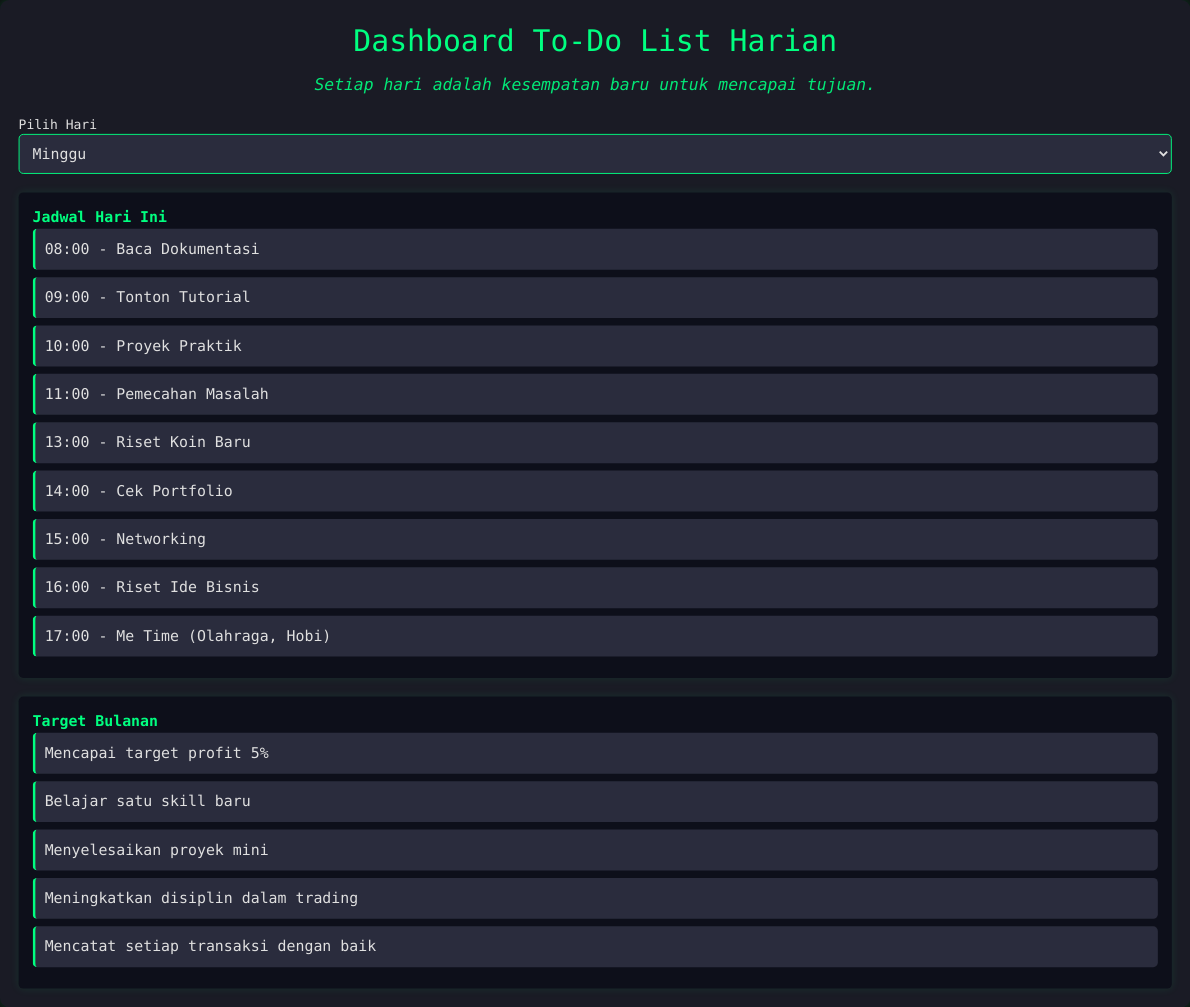
Repository: ALEX-RPL/To-Do-List
Page: index.html
The author's editor kept a copy of each file at every save. The page is drawn from the files as they stood at one save, then again after the next save.
The browser window is 1280 px wide. The pictures show the whole page, at 93% of full size.
Some web libraries are served in a nearby version.

Above is the page before, as saved 2024-11-04 18:09:27.

### index.html
<!DOCTYPE html>
<html lang="id">
<head>
    <meta charset="UTF-8">
    <meta name="viewport" content="width=device-width, initial-scale=1.0">
    <title>Dashboard To-Do List Harian</title>
    <script src="https://cdn.tailwindcss.com"></script>
    <style>
        body {
            background-color: #0e0e10;
            color: #e0e0e0;
            font-family: Consolas, "Courier New", monospace;
        }
        .container {
            max-width: 800px;
            margin: auto;
            padding: 20px;
            background: #1a1b25;
            border-radius: 10px;
            box-shadow: 0px 0px 10px rgba(0, 255, 128, 0.2);
        }
        .title {
            font-size: 2rem;
            color: #00ff80;
            text-align: center;
            margin-bottom: 10px;
        }
        .subtitle {
            font-size: 1.1rem;
            color: #00ff80;
            text-align: center;
            margin-bottom: 20px;
            font-style: italic;
            opacity: 0.9;
        }
        .day-select {
            background-color: #2a2c3d;
            color: #e0e0e0;
            padding: 10px;
            border: 1px solid #00ff80;
            border-radius: 5px;
            width: 100%;
        }
        ul {
            list-style-type: none;
            padding: 0;
        }
        li {
            padding: 10px;
            background: #2a2c3d;
            margin-bottom: 8px;
            border-radius: 5px;
            border-left: 3px solid #00ff80;
            cursor: pointer;
            transition: background 0.3s;
        }
        li:hover {
            background: #3a3c4d;
        }
        li.completed {
            text-decoration: line-through;
            color: #777;
        }
        .highlight {
            color: #00ff80;
            font-weight: bold;
        }
        .card {
            background: #0d0f1a;
            padding: 15px;
            border-radius: 5px;
            margin-top: 20px;
            box-shadow: 0px 0px 10px rgba(0, 255, 128, 0.1);
        }
    </style>
</head>
<body>

<div class="container">
    <h1 class="title">Dashboard To-Do List Harian</h1>
    <p id="motivation-text" class="subtitle"></p>

    <div class="mb-4">
        <label for="day-select" class="block text-sm font-medium">Pilih Hari</label>
        <select id="day-select" class="day-select">
            <option value="Sunday">Minggu</option>
            <option value="Monday">Senin</option>
            <option value="Tuesday">Selasa</option>
            <option value="Wednesday">Rabu</option>
            <option value="Thursday">Kamis</option>
            <option value="Friday">Jumat</option>
            <option value="Saturday">Sabtu</option>
        </select>
    </div>

    <div class="card">
        <h2 class="highlight">Jadwal Hari Ini</h2>
        <ul id="schedule-list"></ul>
    </div>

    <div class="card">
        <h2 class="highlight">Target Bulanan</h2>
        <ul id="goals-list"></ul>
    </div>
</div>

<script>
    const jadwal = {
        "Monday": {
            "04:30": "Bangun & Sholat Subuh",
            "04:45": "Analisis market & crypto",
            "05:15": "Persiapan mental hari ini",
            "05:30": "Mandi & Sarapan",
            "06:30": "Mulai sekolah",
            "15:00": "Istirahat & Sholat Ashar",
            "15:30": "Belajar Blockchain dasar",
            "16:15": "Latihan trading (demo account)",
            "17:00": "Me Time (Olahraga, Hobi)",
            "18:00": "Coding Smart Contract",
            "18:30": "Analisis Pasar",
            "19:00": "Kerjakan PR",
            "19:30": "Sholat & Makan Malam",
            "20:00": "Review & update jurnal trading",
            "21:00": "Istirahat"
        },
        "Tuesday": {
            "04:30": "Bangun & Sholat Subuh",
            "04:45": "Analisis Teknikal",
            "05:15": "Persiapan Mental",
            "05:30": "Mandi & Sarapan",
            "06:30": "Mulai sekolah",
            "15:00": "Istirahat & Sholat Ashar",
            "15:30": "Belajar Python Dasar",
            "16:15": "Belajar Konsep AI",
            "17:00": "Me Time (Olahraga, Hobi)",
            "18:00": "Belajar Machine Learning Dasar",
            "18:30": "Membuat Trading Bot",
            "19:00": "Kerjakan PR",
            "19:30": "Sholat & Makan Malam",
            "20:00": "Review & Rencanakan besok",
            "21:00": "Istirahat"
        },
        "Wednesday": {
            "04:30": "Bangun & Sholat Subuh",
            "04:45": "Analisis Fundamental",
            "05:15": "Cek Pasar",
            "05:30": "Mandi & Sarapan",
            "06:30": "Mulai sekolah",
            "15:00": "Istirahat & Sholat Ashar",
            "15:30": "Cyber Security Basic",
            "16:15": "Network Security",
            "17:00": "Me Time (Olahraga, Hobi)",
            "18:00": "Ethical Hacking",
            "18:30": "Review Trading",
            "19:00": "Kerjakan PR",
            "19:30": "Sholat & Makan Malam",
            "20:00": "Review & Update jurnal",
            "21:00": "Istirahat"
        },
        "Thursday": {
            "04:30": "Bangun & Sholat Subuh",
            "04:45": "Analisis Chart",
            "05:15": "Review Portfolio",
            "05:30": "Mandi & Sarapan",
            "06:30": "Mulai sekolah",
            "15:00": "Istirahat & Sholat Ashar",
            "15:30": "Belajar Trading Patterns",
            "16:15": "Belajar Risk Management",
            "17:00": "Me Time (Olahraga, Hobi)",
            "18:00": "Belajar Trading Strategy",
            "18:30": "Psikologi Pasar",
            "19:00": "Kerjakan PR",
            "19:30": "Sholat & Makan Malam",
            "20:00": "Review & Update jurnal",
            "21:00": "Istirahat"
        },
        "Friday": {
            "04:30": "Bangun & Sholat Subuh",
            "04:45": "Review Mingguan",
            "05:15": "Tetapkan Tujuan",
            "05:30": "Mandi & Sarapan",
            "06:30": "Mulai sekolah",
            "15:00": "Istirahat & Sholat Ashar",
            "15:30": "Integrasi Proyek",
            "16:15": "Review Kode",
            "17:00": "Me Time (Olahraga, Hobi)",
            "18:00": "Jurnal Trading",
            "18:30": "Analisis Kinerja",
            "19:00": "Kerjakan PR",
            "19:30": "Sholat & Makan Malam",
            "20:00": "Review & Rencanakan besok",
            "21:00": "Istirahat"
        },
        "Saturday": {
            "08:00": "Deep Learning AI",
            "09:00": "Latihan Trading",
            "10:00": "Coding Proyek",
            "11:00": "Testing & Debug",
            "13:00": "Studi Teknologi Baru",
            "14:00": "Riset Pasar",
            "15:00": "Evaluasi Mingguan",
            "16:00": "Persiapan Minggu Depan",
            "17:00": "Me Time (Olahraga, Hobi)"
        },
        "Sunday": {
            "08:00": "Baca Dokumentasi",
            "09:00": "Tonton Tutorial",
            "10:00": "Proyek Praktik",
            "11:00": "Pemecahan Masalah",
            "13:00": "Riset Koin Baru",
            "14:00": "Cek Portfolio",
            "15:00": "Networking",
            "16:00": "Riset Ide Bisnis",
            "17:00": "Me Time (Olahraga, Hobi)"
        }
    };

    const targetMingguan = [
        "Mencapai target profit 5%",
        "Belajar satu skill baru",
        "Menyelesaikan proyek mini",
        "Meningkatkan disiplin dalam trading",
        "Mencatat setiap transaksi dengan baik"
    ];

    const motivasi = [
    "Kesuksesan adalah hasil dari usaha yang tidak pernah berhenti.",
    "Setiap hari adalah kesempatan baru untuk mencapai tujuan.",
    "Jangan takut gagal, takutlah jika tidak mencoba.",
    "Konsistensi adalah kunci untuk meraih impian.",
    "Belajar dari kesalahan adalah langkah menuju kesuksesan.",
    "Percayalah pada dirimu sendiri, karena tidak ada yang lebih kuat dari keyakinan.",
    "Setiap langkah kecil membawa kita lebih dekat ke tujuan.",
    "Ketika satu pintu tertutup, pintu lain akan terbuka.",
    "Hasil yang baik datang dari kerja keras dan ketekunan.",
    "Sukses tidak ditentukan oleh seberapa cepat kita melangkah, tetapi oleh seberapa konsisten kita berusaha.",
    "Bermimpilah setinggi langit, jika jatuh, kamu akan jatuh di antara bintang-bintang.",
    "Jangan pernah menyerah pada impianmu, teruslah berjuang meskipun jalan terasa sulit.",
    "Proses adalah bagian penting dari perjalanan menuju kesuksesan.",
    "Setiap kegagalan adalah pelajaran berharga untuk mencapai keberhasilan.",
    "Pikiran positif akan membawamu ke arah yang lebih baik.",
    "Kesempatan tidak datang dua kali, ambil peluangmu sekarang."
];


    function loadSchedule() {
        const day = document.getElementById("day-select").value;
        const scheduleList = document.getElementById("schedule-list");
        const goalsList = document.getElementById("goals-list");
        const motivationText = document.getElementById("motivation-text");

        scheduleList.innerHTML = "";
        for (const time in jadwal[day]) {
            const li = document.createElement("li");
            li.textContent = `${time} - ${jadwal[day][time]}`;
            li.addEventListener("click", () => {
                li.classList.toggle("completed");
            });
            scheduleList.appendChild(li);
        }

        goalsList.innerHTML = "";
        targetMingguan.forEach(goal => {
            const li = document.createElement("li");
            li.textContent = goal;
            goalsList.appendChild(li);
        });

        motivationText.textContent = motivasi[Math.floor(Math.random() * motivasi.length)];
    }

    document.getElementById("day-select").addEventListener("change", loadSchedule);
    loadSchedule();
</script>
</body>
</html>

After the next save:
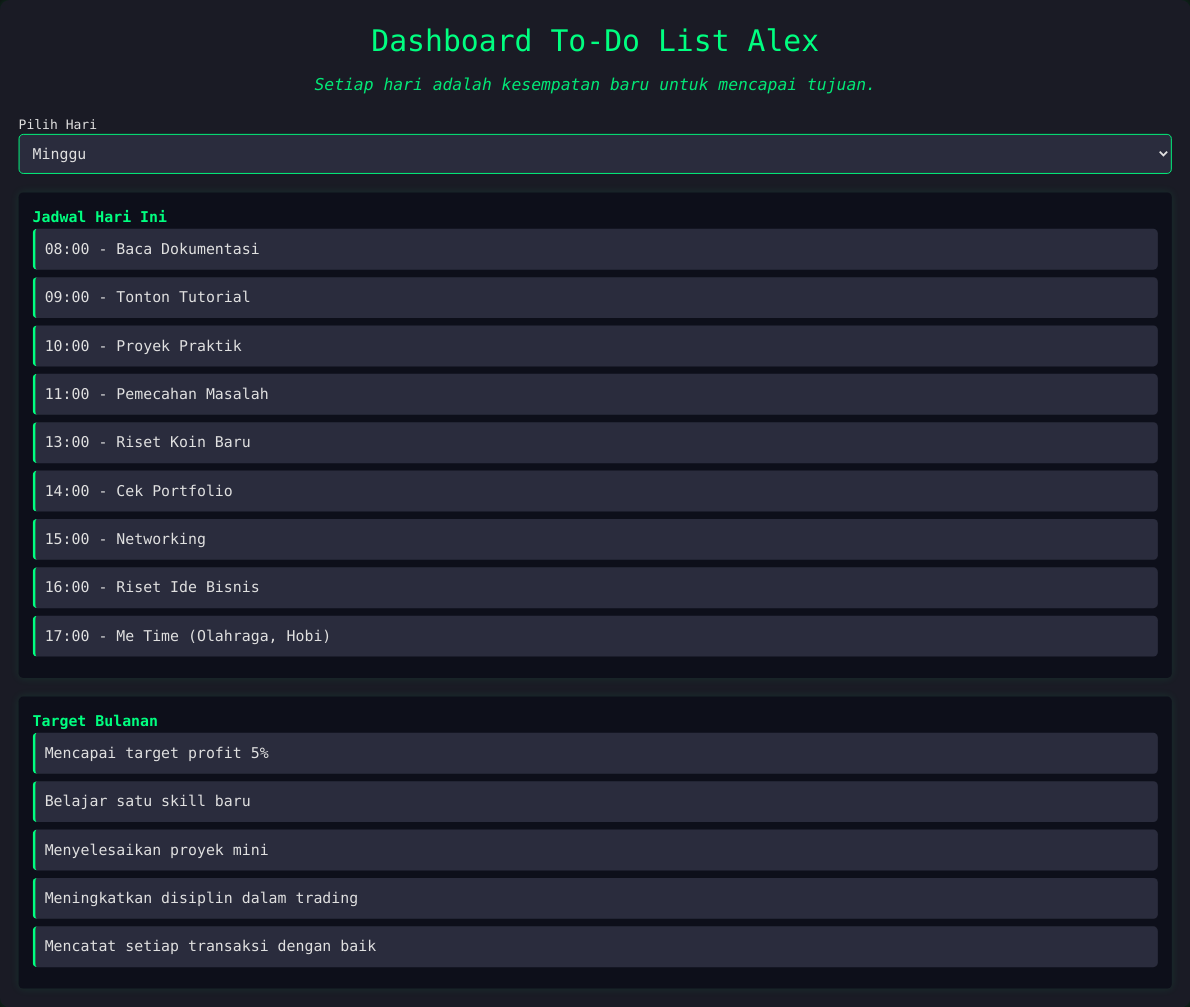
Saved 11 s later.
--- a/index.html
+++ b/index.html
@@ -77,7 +77,7 @@
 <body>
 
 <div class="container">
-    <h1 class="title">Dashboard To-Do List Harian</h1>
+    <h1 class="title">Dashboard To-Do List Alex</h1>
     <p id="motivation-text" class="subtitle"></p>
 
     <div class="mb-4">
